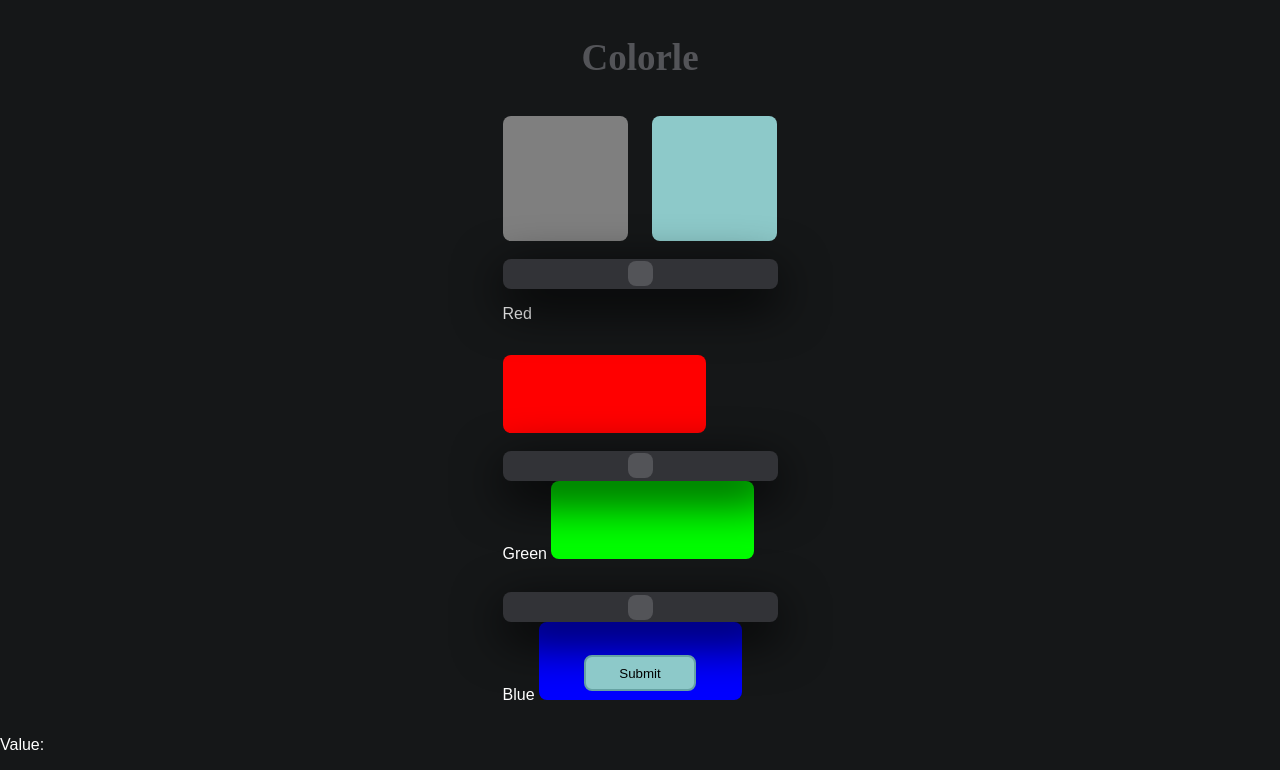
Repository: Artem-Melnik/Colorle
Page: index.html
An editor plug-in stored every save of this project. The page is shown before and after the next save, followed by the edit.
The browser window is 1280 px wide. The pictures show the whole page.

Above is the page before, as saved 2022-05-12 20:05:07.

### index.html
<!-- TODO: Change text/icon color -->
<!-- TODO: Represent guess correctness using Linear-style icons -->
<!-- TODO: Replace Colorle text logo with SVG/image due to font problems -->
<!-- TODO: Add textboxes where player can enter exact RGB values -->
<!DOCTYPE html>
<html>
  <head>
    <title>Parcel Sandbox</title>
    <link rel="stylesheet" href="styles.css">
    <meta charset="UTF-8" />
    <meta name="viewport" content="width=device-width" />
  </head>

  <script
    src="https://ajax.googleapis.com/ajax/libs/jquery/3.6.0/jquery.min.js"
    type="text/javascript"
  ></script>
  <script
    src="https://ajax.googleapis.com/ajax/libs/jqueryui/1.13.1/jquery-ui.min.js"
    type="text/javascript"
  ></script>
  <script src="https://unpkg.com/feather-icons"></script>
  <script>
      feather.replace();
    </script>
  <script type="module" src="index.js" type="text/javascript"></script>

  <body>
    <div id="app"></div>
    <div class="topBar">
      <p id="title">Colorle</p>
      <p>
        <button type="button" id="themeToggle">
          <i id="themeIcon" data-feather="sun"></i>
        </button>
      </p>
    </div>

    <div id="topColors">
      <div id="previewAll"></div>
      <div id="correctColor"></div>
    </div>
    <div id="redContainer">
      <input
        type="range"
        min="0"
        max="255"
        value="128"
        class="slider"
        id="sliderRed"
      />
      <p class="currentColor" id="currentRed">Red</p>
      <p class></p>
      <div id="previewRed"></div>
    </div>
    <div id="greenContainer">
      <input
        type="range"
        min="0"
        max="255"
        value="128"
        class="slider"
        id="sliderGreen"
      />
      <p class="currentColor" id="currentGreen">Green</p>
      <div id="previewGreen"></div>
    </div>
    <div id="blueContainer">
      <input
        type="range"
        min="0"
        max="255"
        value="128"
        class="slider"
        id="sliderBlue"
      />
      <p class="currentColor" id="currentBlue">Blue</p>
      <div id="previewBlue"></div>
    </div>
    <div class="guessText">
      <p>Value: <span id="guessColor"></span></p>
    </div>
    <div class="buttonContainer">
      <button type="button" id="submitButton">Submit</button>
    </div>
  </body>
</html>

### styles.css
body {
  font-family: sans-serif;
  margin: 0;
  background: #151718;
  color: #ffffff;
}

.lightTheme {
  background: #ffffff;
  color: #151718;
}

/* Changes the correctColor gradient to dark/black */
/* .correctColorDark {
  background-image: linear-gradient(
    to bottom,
    rgba(0, 0, 0, 0),
    rgba(0, 0, 0, 1) 100%
  ) !important;
} */

#themeToggle {
  width: 25px;
  height: 25px;
  position: absolute;
  right: 15px;
  top: 15px;
  color: grey;
  background: none;
  border: none;
}

#themeIcon {
  color: grey;
  width: 25px;
  height: 25px;
  transform: scale(1);
  transition: all 0.5s;
}

#themeIcon.animate {
  color: grey;
  transform: scale(0);
}

.transform-active {
  /* background-color: blue;
  animation-name: darkToLight;
  animation-duration: 1s; */
  color: #151718;
}

.transform {
  -webkit-transition: all 2s ease;
  -moz-transition: all 2s ease;
  -o-transition: all 2s ease;
  -ms-transition: all 2s ease;
  transition: all 2s ease;
}

/* @keyframes darkTolight {
  0% {
    color: #ffffff;
  }
  100% {
    color: #151718;
  }
} */

#title {
  justify-content: center;
  font-family: "Asap";
  font-style: normal;
  font-weight: 700;
  font-size: 37px;
  line-height: 42px;
  display: flex;
  align-items: center;
  text-align: center;
  color: #535458;
}

/* #previewId {
  width: 100px;
  height: 100px;
  background-color: var(color);
  border: solid black;
} */

/* correctColor gradient */
/* #correctColor {
  position: absolute;
  top: 0px;
  width: 100%;
  height: 25%;
  background-color: var(color);
  margin: auto;
  background-image: linear-gradient(
    to bottom,
    rgba(255, 255, 255, 0),
    rgba(255, 255, 255, 1) 100%
  );
  z-index: -1;
} */

#topColors {
  width: 275px;
  margin: auto;
}

#correctColor {
  display: inline-block;
  position: relative;
  width: 125px;
  height: 125px;
  border-radius: 8px;
  margin-left: 10px;
}

#previewAll {
  background-color: rgb(127, 127, 127);
  display: inline-block;
  position: relative;
  width: 125px;
  height: 125px;
  border-radius: 8px;
  order: 1;
  margin-right: 10px;
}

#redContainer,
#greenContainer,
#blueContainer {
  display: auto;
  justify-content: center;
  margin: auto;
  width: 275px;
}

#sliderRed,
#sliderGreen,
#sliderBlue {
  display: block;
  -webkit-appearance: none;
  -moz-appearance: none;
  appearance: none;
  background: #323337;
  width: 275px;
  height: 30px;
  top: 100px;
  border-radius: 8px;
  margin: auto;
  margin-top: 5%;
  filter: drop-shadow(0px 15px 25px #000000);
}

#sliderRed::-webkit-slider-thumb,
#sliderGreen::-webkit-slider-thumb,
#sliderBlue::-webkit-slider-thumb {
  -webkit-appearance: none;
  appearance: none;
  width: 25px;
  height: 25px;
  background: #535458;
  cursor: pointer;
  border-radius: 8px;
}

#currentRed,
#currentGreen,
#currentBlue {
  display: inline-block;
}

#previewRed,
#previewGreen,
#previewBlue {
  display: inline-block;
  position: relative;
  width: 203px;
  height: 78px;
  /* background-color: var(color); */
  /* border: solid black; */
  border-radius: 8px;
  margin: auto;
  z-index: -1;
}

#previewRed {
  background-color: rgb(255, 0, 0);
}

#previewGreen {
  background-color: rgb(0, 255, 0);
}

#previewBlue {
  background-color: rgb(0, 0, 255);
}

.buttonContainer {
  display: flex;
  justify-content: center;
}

#submitButton {
  position: fixed;
  width: 112px;
  height: 36px;
  bottom: 4%;
  border: 2px solid;
  border-radius: 8px;
}

### index.js
// document.getElementById("sliderRange").innerHTML = `
// <div class="slidercontainer"></div>
// `;
// var root = document.querySelector(":root");
// var slider = document.getElementById("sliderRange");
// // Change "demo" to something else?
// var sliderRange = document.getElementById("demo");
// sliderRange.innerHTML = slider.value;
let correctRed = "141";
let correctGreen = "201";
let correctBlue = "201";

let red;
let green;
let blue;
// TODO: Split correctRGB into 3 seperate colors
let correctRgb =
  "rgb(" + correctRed + ", " + correctGreen + ", " + correctBlue + ")";

function changeColor() {
  red = document.getElementById("sliderRed").value;
  green = document.getElementById("sliderGreen").value;
  blue = document.getElementById("sliderBlue").value;

  document.getElementById("previewRed").style.backgroundColor =
    "rgb(" + red + ", 0, 0)";
  document.getElementById("previewGreen").style.backgroundColor =
    "rgb(0," + green + ", 0)";
  document.getElementById("previewBlue").style.backgroundColor =
    "rgb(0, 0," + blue + ")";

  document.getElementById("currentRed").textContent = red;
  document.getElementById("currentGreen").textContent = green;
  document.getElementById("currentBlue").textContent = blue;
}

// Shows guess color when submit button is clicked
// Also checks how close the guess is to the correct color
function onSubmit() {
  document.getElementById("previewAll").style.backgroundColor =
    "rgb(" + red + ", " + green + ", " + blue + ")";
  document.getElementById("guessColor").textContent =
    "rgb(" + red + ", " + green + ", " + blue + ")";

  // Check if guess is correct
if (red === correctRed) {
  alert("Red: SS");
} else if (red > correctRed - 6 && red < correctRed + 6) {
  alert("Red: S");
} else if (red > correctRed - 12 && red < correctRed + 12) {
  alert("Red: A");
} else if (red > correctRed - 24 && red < correctRed + 24) {
  alert("Red: B");
} else if (red > correctRed - 48 && red < correctRed + 48) {
  alert("Red: C");
} else {
  alert("Red: D");
}
  // Does same thing as red check but for green
if (green === correctGreen) {
  alert("Green: SS");
} else if (green > correctGreen - 6 && green < correctGreen + 6) {
  alert("Green: S");
} else if (green > correctGreen - 12 && green < correctGreen + 12) {
  alert("Green: A");
} else if (green > correctGreen - 24 && green < correctGreen + 24) {
  alert("Green: B");
} else if (green > correctGreen - 48 && green < correctGreen + 48) {
  alert("Green: C");
} else {
  alert("Green: D");
}

  // Does same thing as red check but for blue
if (blue === correctBlue) {
  alert("Blue: SS");
} else if (blue > correctBlue - 6 && blue < correctBlue + 6) {
  alert("Blue: S");
} else if (blue > correctBlue - 12 && blue < correctBlue + 12) {
  alert("Blue: A");
} else if (blue > correctBlue - 24 && blue < correctBlue + 24) {
  alert("Blue: B");
} else if (blue > correctBlue - 48 && blue < correctBlue + 48) {
  alert("Blue: C");
} else {
  alert("Blue: D");
}

  // if ("rgb(" + red + "," + green + "," + blue + ")" === "rgb(141,201,201)") {
  //   alert("Correct!");
  // }
}

$("#themeToggle").click(function () {
  $("#themeIcon").toggleClass("animate");
});

function themeSwitch() {
  document.body.classList.toggle("lightTheme");
  document.getElementById("correctColor").classList.toggle("correctColorDark");
}

document.getElementById("correctColor").style.backgroundColor = correctRgb;
document.getElementById("submitButton").style.backgroundColor = correctRgb;
document.getElementById("submitButton").style.borderColor =
  "rgb(" +
  (correctRed - 38) +
  ", " +
  (correctGreen - 38) +
  ", " +
  (correctBlue - 38) +
  ")";

document.getElementById("sliderRed").addEventListener("input", changeColor);
document.getElementById("sliderGreen").addEventListener("input", changeColor);
document.getElementById("sliderBlue").addEventListener("input", changeColor);
document.getElementById("submitButton").addEventListener("click", onSubmit);
document.getElementById("themeToggle").addEventListener("click", themeSwitch);

// Plugs in sliderRange for green in RGB
// Outputs the value of the slider
// slider.oninput = function () {
//   sliderRange.innerHTML = this.value;
//   root.style.setProperty("--green", sliderRange);
//   alert(sliderRange);
// };

After the next save:
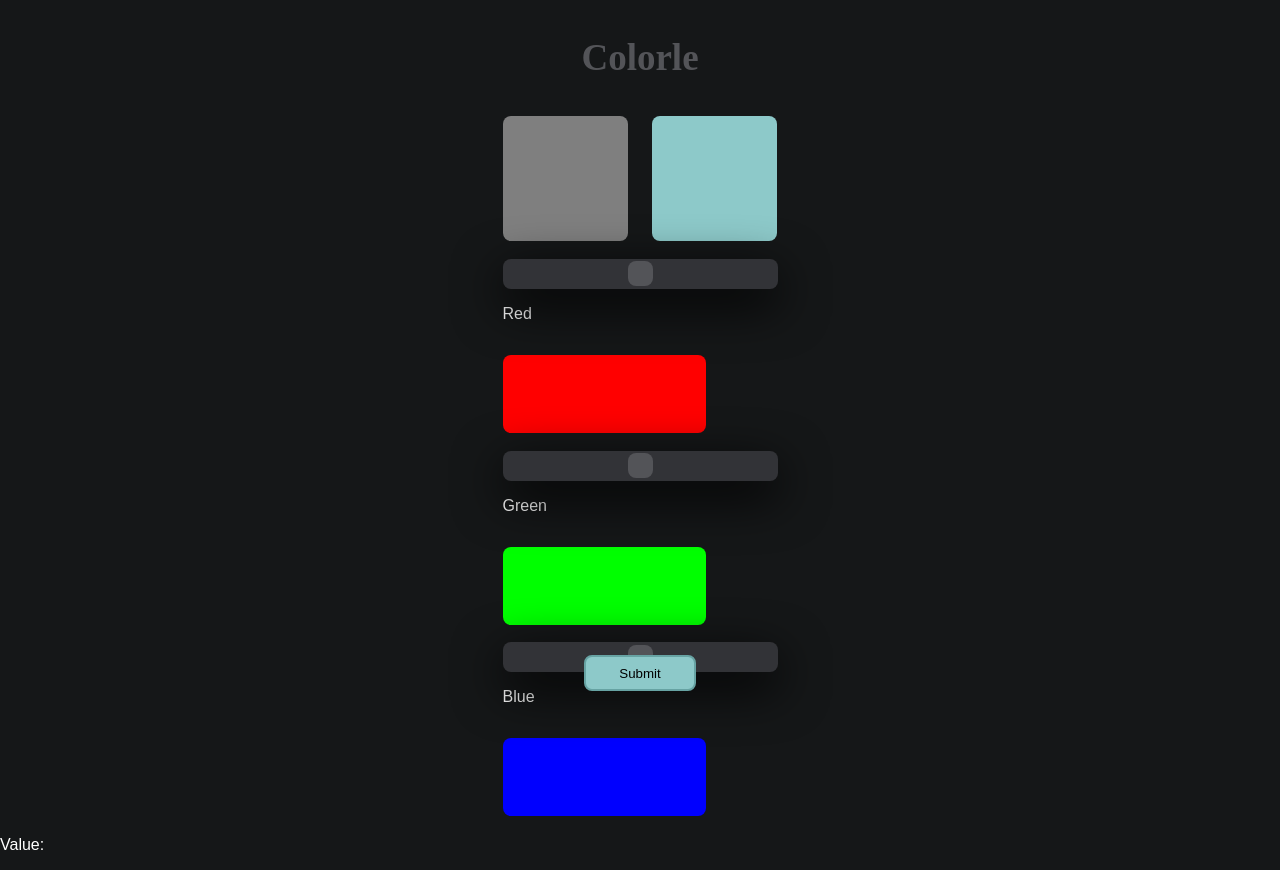
Saved 2 min 39 s later.
--- a/index.html
+++ b/index.html
@@ -50,7 +50,7 @@
         id="sliderRed"
       />
       <p class="currentColor" id="currentRed">Red</p>
-      <p class></p>
+      <p class="rating" id="ratingRed"></p>
       <div id="previewRed"></div>
     </div>
     <div id="greenContainer">
@@ -63,6 +63,7 @@
         id="sliderGreen"
       />
       <p class="currentColor" id="currentGreen">Green</p>
+      <p class="rating" id="ratingGreen"></p>
       <div id="previewGreen"></div>
     </div>
     <div id="blueContainer">
@@ -75,6 +76,7 @@
         id="sliderBlue"
       />
       <p class="currentColor" id="currentBlue">Blue</p>
+      <p class="rating" id="ratingBlue"></p>
       <div id="previewBlue"></div>
     </div>
     <div class="guessText">
